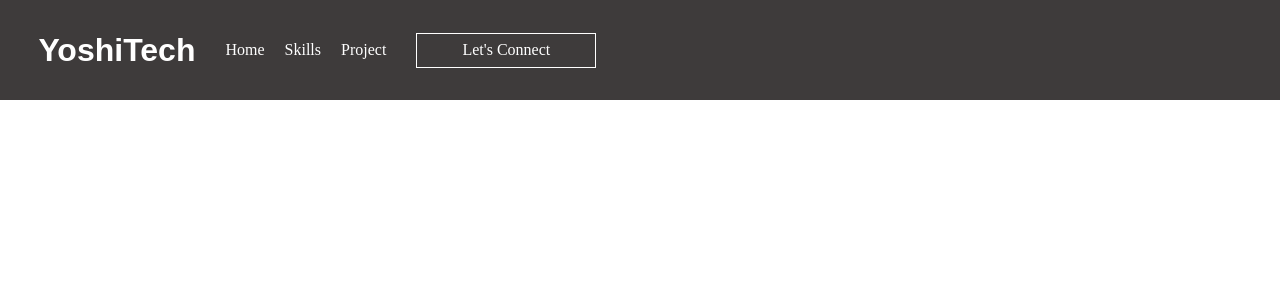
Repository: Yoshiki0418/My_Portfolio
Page: index.html
An editor plug-in stored every save of this project. The page is shown before and after the next save, followed by the edit.
The browser window is 1280 px wide. The pictures show the whole page.

Above is the page before, as saved 2024-01-05 20:07:27.

After the next save:
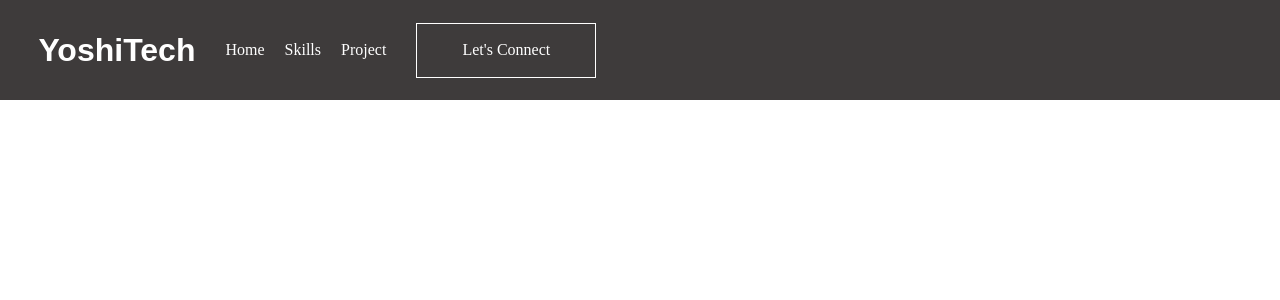
Saved 31 s later.
--- a/style.css
+++ b/style.css
@@ -35,7 +35,7 @@
 
 .connect_container{
     width: 180px;
-    height: 35px;
+    height: 55px;
     border: 1px solid white;
     display: flex;
     align-items: center;
